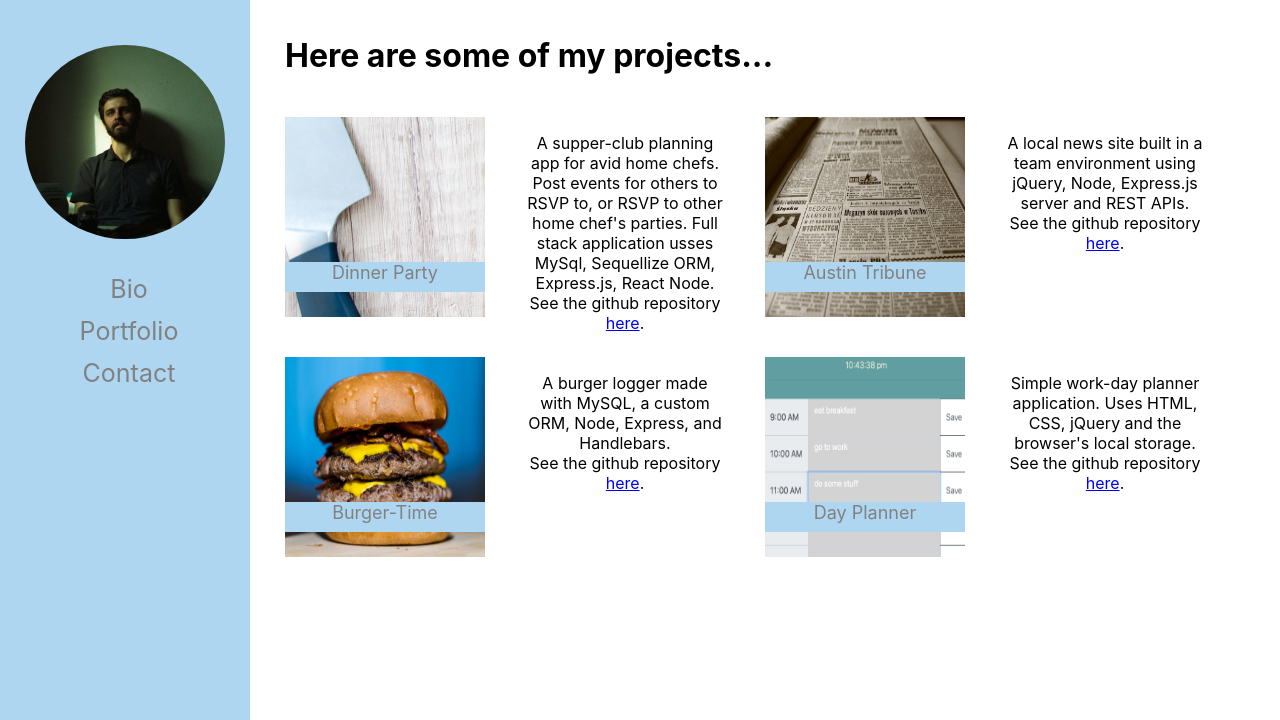
Repository: joeldelatte/react-portfolio
Page: / (app in client/)
An editor plug-in stored every save of this project. The page is shown before and after the next save, followed by the edit.
The browser window is 1280 px wide. The pictures show the whole page.
The project was rebuilt for these pictures with package versions that can differ from the ones it lists, and the page was loaded fresh each time. Also part of the build but not shown: client/src/App.css, client/src/Components/Bio/bio.css, client/src/Components/Bio/Bio.js, client/src/Components/Contact/contact.css, client/src/Components/Contact/Contact.js.

Above is the page before, as saved 2020-05-14 14:34:14.

After the next save:
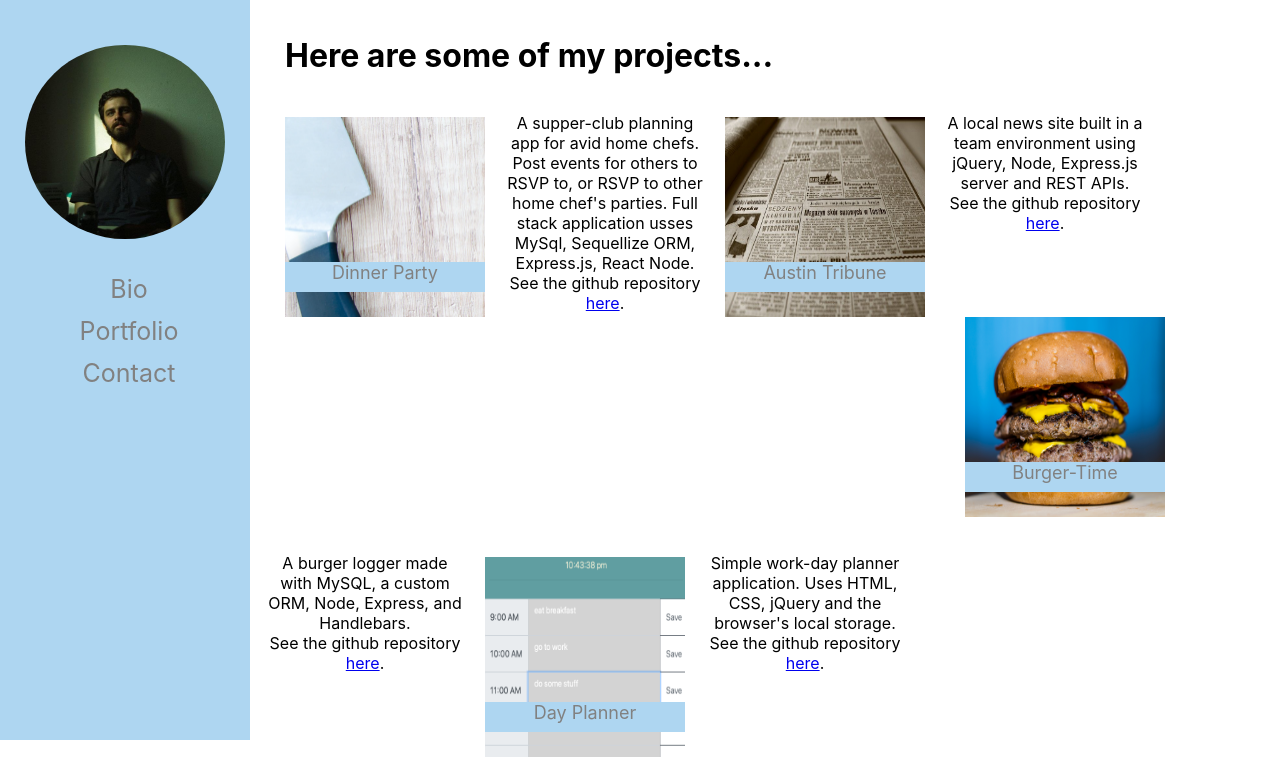
Saved 16 s later.
--- a/client/src/Components/Portfolio/portfolio.css
+++ b/client/src/Components/Portfolio/portfolio.css
@@ -22,7 +22,7 @@
     float: left;
     position: relative;
     text-align: center;
-    margin: 20px;
+    margin-top: 0px;
 }
 
 .projectLabel {
